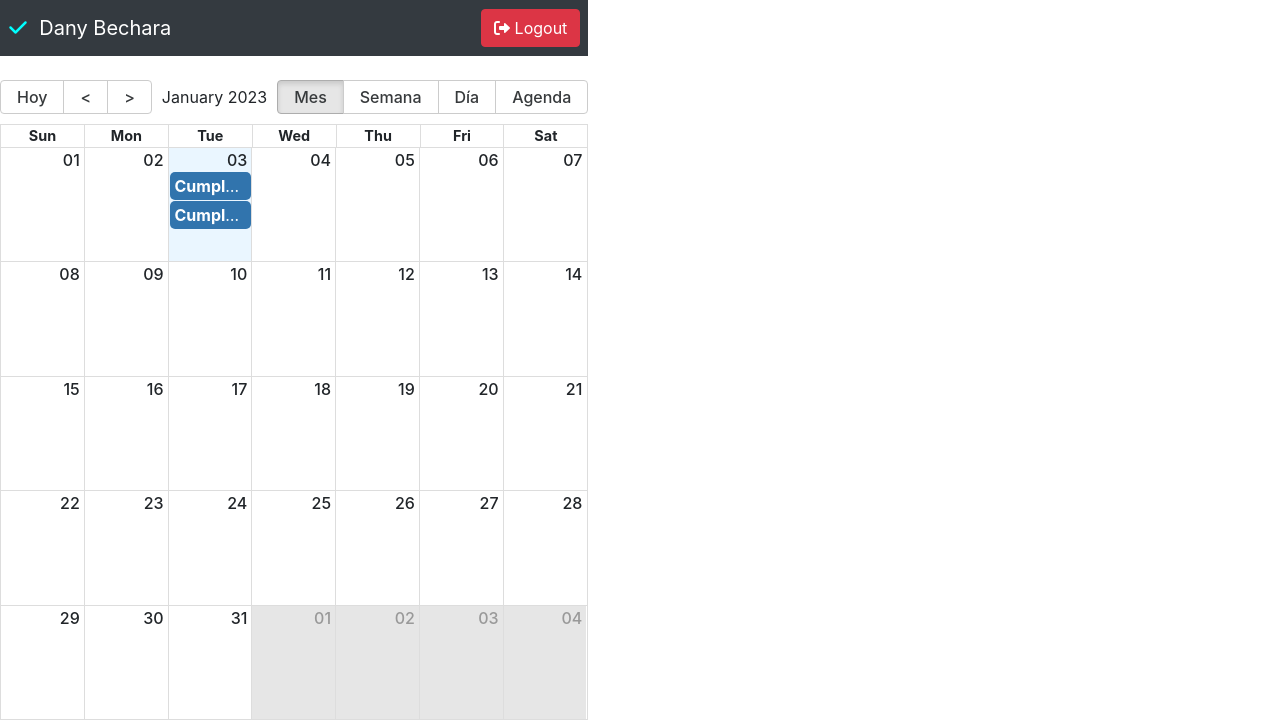
Repository: bechara611/calendar-frontend
Page: /
The author's editor kept a copy of each file at every save. The page is drawn from the files as they stood at one save, then again after the next save.
The browser window is 1280 px wide. The pictures show the whole page.
The project was rebuilt for these pictures with package versions that can differ from the ones it lists, and the page was loaded fresh each time. Also part of the build but not shown: vite.config.js. Imported but missing from the stored project, and not drawn on this page: src/auth.

Above is the page before, as saved 2023-01-04 16:14:54.

### index.html
<!DOCTYPE html>
<html lang="en">
  <head>
    <meta charset="UTF-8" />
    <link rel="icon" type="image/svg+xml" href="/vite.svg" />
    <meta name="viewport" content="width=device-width, initial-scale=1.0" />
    <title>CalendarDB</title>
    <link rel="stylesheet" href="https://cdn.jsdelivr.net/npm/bootstrap@4.5.3/dist/css/bootstrap.min.css" integrity="sha384-TX8t27EcRE3e/ihU7zmQxVncDAy5uIKz4rEkgIXeMed4M0jlfIDPvg6uqKI2xXr2" crossorigin="anonymous">
    <link rel="stylesheet" href="https://cdnjs.cloudflare.com/ajax/libs/font-awesome/6.2.1/css/all.min.css" integrity="sha512-MV7K8+y+gLIBoVD59lQIYicR65iaqukzvf/nwasF0nqhPay5w/9lJmVM2hMDcnK1OnMGCdVK+iQrJ7lzPJQd1w==" crossorigin="anonymous" referrerpolicy="no-referrer" />
  </head>
  <body>
    <div id="root"></div>
    <script type="module" src="/src/main.jsx"></script>
  </body>
</html>

### src/main.jsx
import React from 'react'
import ReactDOM from 'react-dom/client'
import { BrowserRouter } from 'react-router-dom'
import { CalendarApp } from './CalendarApp'
import './styles.css'

ReactDOM.createRoot(document.getElementById('root')).render(


    <BrowserRouter>
      <CalendarApp />
    </BrowserRouter>

)

### src/CalendarApp.jsx
import React from 'react'
import { AppRouter } from './router/AppRouter'

export const CalendarApp = () => {
  return (
   <AppRouter></AppRouter>
  )
}

### src/router/AppRouter.jsx
import React from 'react'
import { Navigate, Route, Routes } from 'react-router-dom'
import { LoginPages } from '../auth/'
import { CalendarPages } from '../calendar/'


export const AppRouter = () => {
 // const authStatus = 'not-authenticated'
  const authStatus = 'authenticated'
  return (
    <Routes>
      {
        (authStatus === 'not-authenticated'
          ? <Route path='/auth/*' element={<LoginPages></LoginPages>}></Route>
          : <Route path='/*' element={<CalendarPages></CalendarPages>}></Route>
        )
      }
      <Route path='/*' element={<Navigate to={'/auth/login'}></Navigate>}></Route>

    </Routes>
  )
}

### src/calendar/index.js
export * from './pages/CalendarPages'
export * from './components/NavBar'

### src/calendar/pages/CalendarPages.jsx
import { addHours } from 'date-fns'

import 'react-big-calendar/lib/css/react-big-calendar.css'
import React from 'react'
import { Calendar } from 'react-big-calendar'
import { NavBar } from '../components/NavBar'
import { localizer } from '../../helpers/'
import { getMessages } from '../../helpers/Messages'
import { CalendarEvent } from '../components/CalendarEvent'




const events = [{
  title: 'Cumple de dany',
  notes: 'Torta para Dany',
  start: new Date(),
  end: addHours(new Date(), 1),
  bgColor: '#fafafa',
  user: {
    id:'123',
    user:'Dany Bechara'
  }
}, {
  title: 'Cumple de dany2',
  notes: 'Torta para Dany2',
  start: new Date(),
  end: addHours(new Date(), 2),
  bgColor: '#fafafa',
  user: {
    id:'123',
    name:'Dany Bechara'
  }
}]

const eventStyleGetter = (event, start, end, isSelected) => {


  const style = {
    backgroundColor: '#347CF7',
    borderRadius: '0px',
    opacity: 0.8,
    color: 'white'
  }


  if(isSelected){
    return {  style }

  }




}

export const CalendarPages = () => {

  return (
    <>
      <NavBar></NavBar>
      <Calendar
        localizer={localizer}
        events={events}
        startAccessor="start"
        endAccessor="end"
        messages={getMessages()}
        style={{ height: 'calc( 100vh - 80px )' }}
        eventPropGetter={eventStyleGetter}
        components={{
          event:CalendarEvent
        }}
      />
    </>

  )
}

### src/calendar/components/NavBar.jsx
import React from 'react'
import './NavBar.css'
export const NavBar = () => {
  return (
    <div className="navbar navbar-dark bg-dark mb-4 px-2">
    <span className='navbar-brand'>

    <i className="fa-sharp fa-solid fa-check icono"></i>

    &nbsp;
    Dany Bechara
    </span>
    <button className='btn btn-danger '>
    <i className="fa-solid fa-right-from-bracket"></i>

    <span> Logout</span>
    </button>
    </div>
  )
}

### src/helpers/index.js
export * from './CalendarLocalizer'

### src/helpers/Messages.js
export const getMessages =()=>{
    return {
        allDay: 'Todo el día',
        previous: '<',
        next: '>',
        today: 'Hoy',
        month: 'Mes',
        week: 'Semana',
        day: 'Día',
        agenda: 'Agenda',
        date: 'Fecha',
        time: 'Hora',
        event: 'Evento',
        noEventsInRange: 'No hay eventos en este rango',
        showMore: total => `+ Ver más (${total})`
    };
}

### src/calendar/components/CalendarEvent.jsx
import React from 'react'

export const CalendarEvent = ({event}) => {

    const {title,user} = event
  return (
<>
<strong>{title}</strong>
<span>{user.name}</span>
</>  )
}

### src/calendar/components/NavBar.css
.icono{
color: aqua;
}

### src/helpers/CalendarLocalizer.js
import {format,parse,startOfWeek,getDay} from 'date-fns'
import enUS from 'date-fns/locale/en-US'
import { dateFnsLocalizer } from 'react-big-calendar'

const locales = {
    'en-US': enUS,
  }

 export const localizer = dateFnsLocalizer({
    format,
    parse,
    startOfWeek,
    getDay,
    locales,
  })

Loaded but not shown: src/styles.css (common file)

After the next save:
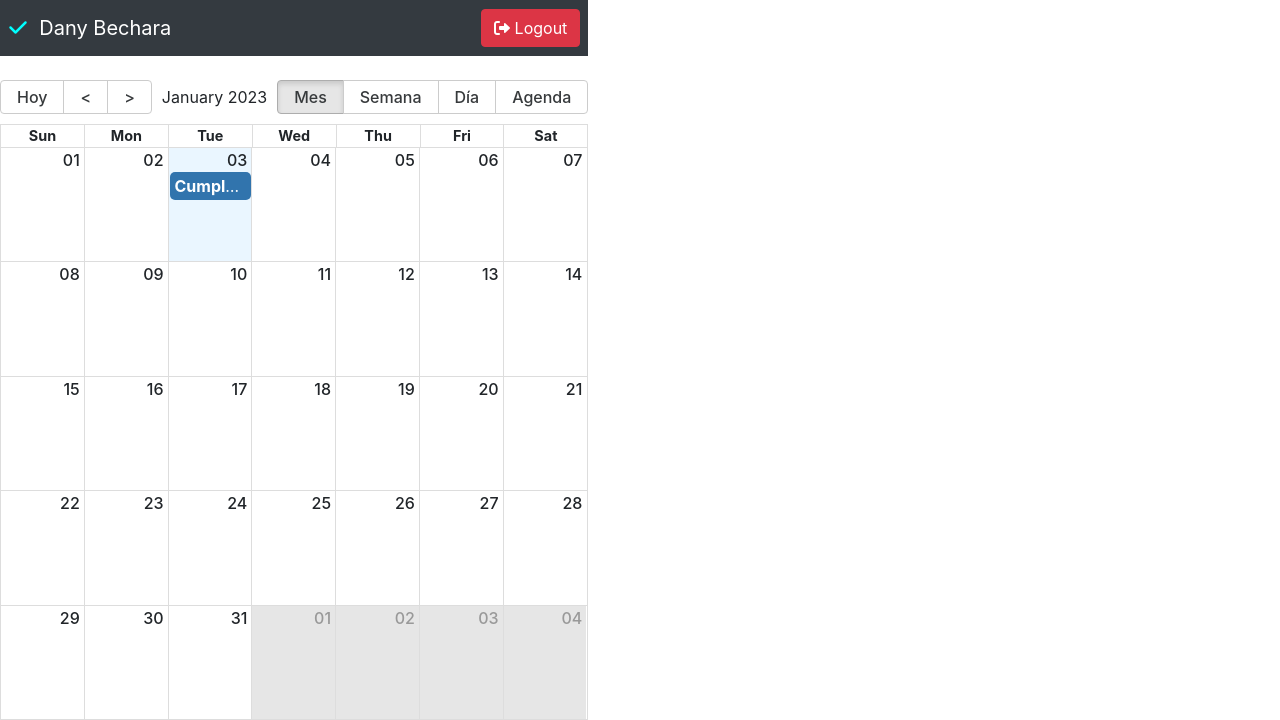
Saved 30 s later.
--- a/src/calendar/pages/CalendarPages.jsx
+++ b/src/calendar/pages/CalendarPages.jsx
@@ -20,16 +20,6 @@ const events = [{
   user: {
     id:'123',
     user:'Dany Bechara'
-  }
-}, {
-  title: 'Cumple de dany2',
-  notes: 'Torta para Dany2',
-  start: new Date(),
-  end: addHours(new Date(), 2),
-  bgColor: '#fafafa',
-  user: {
-    id:'123',
-    name:'Dany Bechara'
   }
 }]
 
